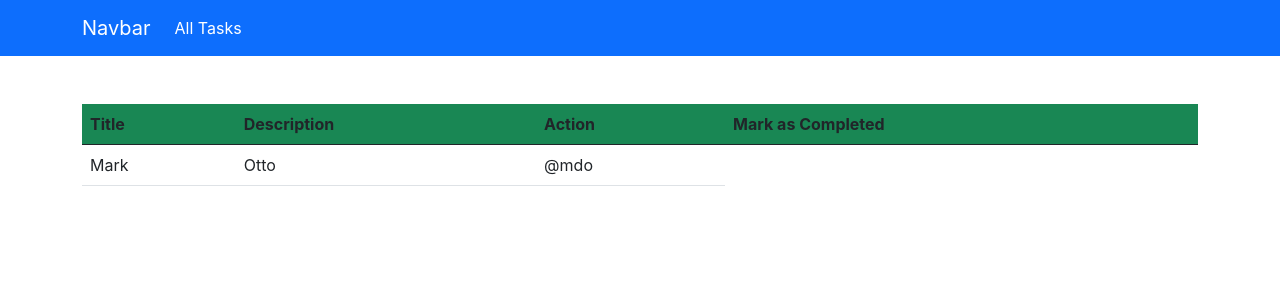
Repository: swathivanka444/MERN-CRUD
Page: /cruds/new (app in frontend_crudapp_reactjs-master/)
The author's editor kept a copy of each file at every save. The page is drawn from the files as they stood at one save, then again after the next save.
The browser window is 1280 px wide. The pictures show the whole page.
The project was rebuilt for these pictures with package versions that can differ from the ones it lists, and the page was loaded fresh each time. Also part of the build but not shown: frontend_crudapp_reactjs-master/src/App.css.

Above is the page before, as saved 2023-08-29 12:32:45.

After the next save:
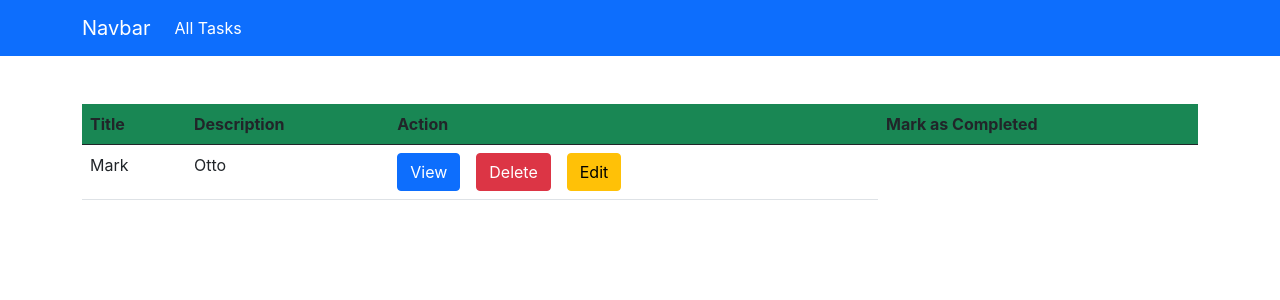
Saved 3 min 12 s later.
--- a/frontend_crudapp_reactjs-master/src/component/AllTasks.js
+++ b/frontend_crudapp_reactjs-master/src/component/AllTasks.js
@@ -16,7 +16,11 @@ export default function AllTasks() {
                     <tr>
                         <td>Mark</td>
                         <td>Otto</td>
-                        <td>@mdo</td>
+                        <td>
+                            <button className="btn btn-primary me-3">View</button>
+                            <button className="btn btn-danger me-3" >Delete</button>
+                            <button className="btn btn-warning me-3">Edit</button>
+                        </td>
                     </tr>
 
                 </tbody>
